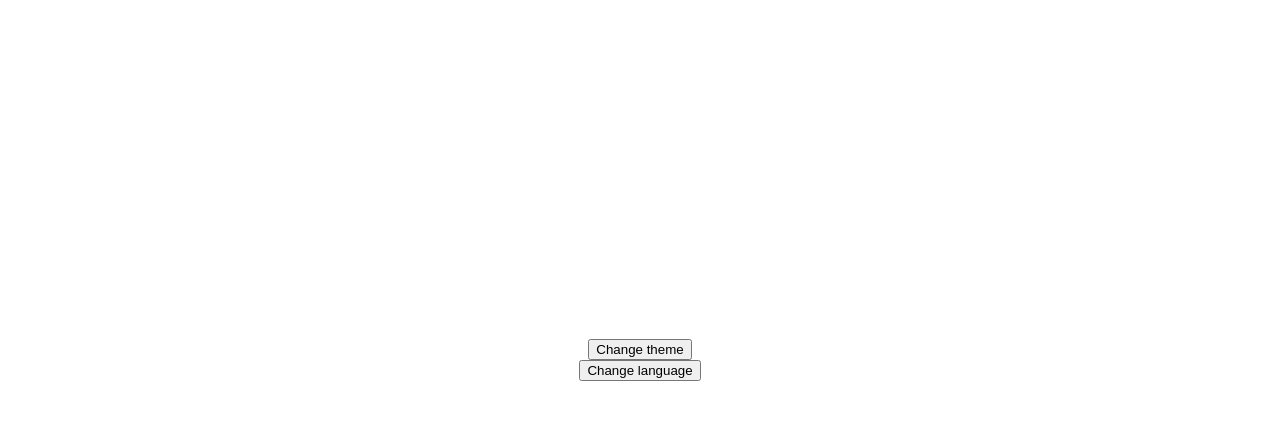
Repository: savannaaaas/contextLanguageTheme
Page: /
The author's editor kept a copy of each file at every save. The page is drawn from the files as they stood at one save, then again after the next save.
The browser window is 1280 px wide. The pictures show the whole page.
The project was rebuilt for these pictures with package versions that can differ from the ones it lists, and the page was loaded fresh each time. Also part of the build but not shown: vite.config.js.

Above is the page before, as saved 2025-07-11 17:15:43.

### src/main.jsx
import { StrictMode } from "react";
import { createRoot } from "react-dom/client";
import App from "./App.jsx";
import { MasterProvider } from "./providers/MasterProvider.jsx";

createRoot(document.getElementById("root")).render(
  <StrictMode>
    <MasterProvider>
      <App />
    </MasterProvider>
  </StrictMode>
);

### src/App.jsx
import { useContext } from "react";
import { ThemeContext } from "./providers/ThemeContext";
import { ControlsPanel } from "./components/ControlsPanel";
import "./App.css";
function App() {
  const { theme } = useContext(ThemeContext);

  const themeStyle = {
    backgroundColor: theme === "light" ? "#fff" : "black",
    height: "100vh",
    display: "flex", // Flex-контейнер
    flexDirection: "column", // Кнопки друг под другом
    justifyContent: "center", // Центр по вертикали
    alignItems: "center",
  };
  return (
    <div style={themeStyle}>
      <ControlsPanel />
    </div>
  );
}

export default App;

### src/providers/MasterProvider.jsx
import ThemeProvider from "./ThemeContext";
import LanguageProvider from "./LanguageContext";

export const MasterProvider = ({ children }) => {
  return (
    <ThemeProvider>
      <LanguageProvider>{children}</LanguageProvider>
    </ThemeProvider>
  );
};

### src/providers/ThemeContext.jsx
import { createContext, useCallback, useState } from "react";
export const ThemeContext = createContext(null);
const ThemeProvider = ({ children }) => {
  const [theme, setTheme] = useState("light");
  const toggleTheme = useCallback(() => {
    setTheme((theme) => (theme === "light" ? "dark" : "light"));
  }, [setTheme]);
  return (
    <ThemeContext.Provider value={{ theme, setTheme, toggleTheme }}>
      {children}
    </ThemeContext.Provider>
  );
};
export default ThemeProvider;

### src/components/ControlsPanel.jsx
import { useContext } from "react";
import { ThemeContext } from "../providers/ThemeContext";
import { LanguageContext } from "../providers/LanguageContext";
export const ControlsPanel = () => {
  const { toggleTheme } = useContext(ThemeContext);
  const { toggleLanguage } = useContext(LanguageContext);
  return (
    <>
      <button onClick={toggleTheme}>Change theme</button>
      <button onClick={() => toggleLanguage()}>Change language</button>
    </>
  );
};

### src/App.css
html, body, #root {
 height: 100%;
  margin: 0;
  padding: 0;
  text-align: center;
}

### src/providers/LanguageContext.jsx
import { createContext, useState } from "react";
export const LanguageContext = createContext(null);

const LanguageProvider = ({ children }) => {
  const [language, setLanguage] = useState("en");
  const toggleLanguage = () => {
    setLanguage((language) => (language === "en" ? "ru" : "en"));
  };
  return (
    <LanguageContext.Provider value={{ language, setLanguage, toggleLanguage }}>
      {children}
    </LanguageContext.Provider>
  );
};
export default LanguageProvider;

Loaded but not shown: index.html (common file)

After the next save:
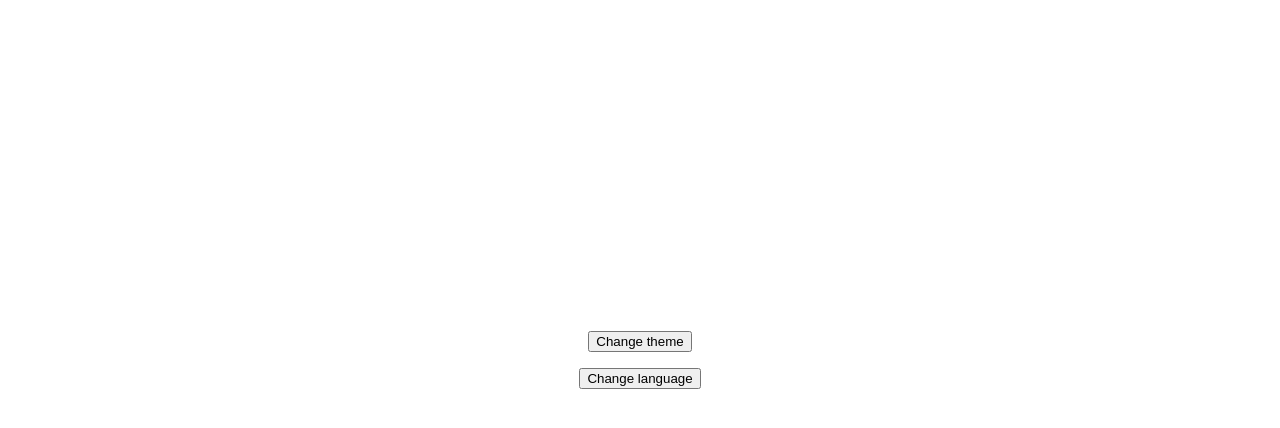
Saved 21 s later.
--- a/src/App.jsx
+++ b/src/App.jsx
@@ -9,9 +9,10 @@ function App() {
     backgroundColor: theme === "light" ? "#fff" : "black",
     height: "100vh",
     display: "flex", // Flex-контейнер
-    flexDirection: "column", // Кнопки друг под другом
-    justifyContent: "center", // Центр по вертикали
+    flexDirection: "column",
+    justifyContent: "center",
     alignItems: "center",
+    gap: "1em",
   };
   return (
     <div style={themeStyle}>
